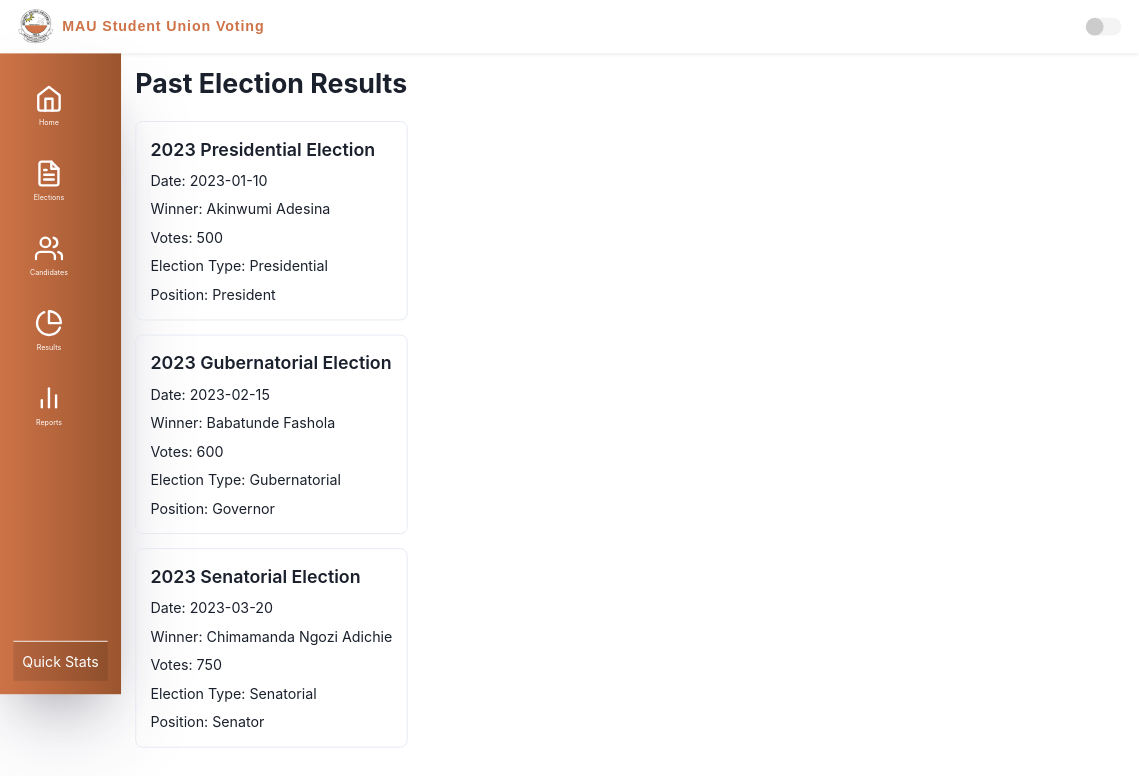
Repository: joena1o/e-vote
Page: /ElectionCommittee-dashboard/view-results
An editor plug-in stored every save of this project. The page is shown before and after the next save, followed by the edit.
The browser window is 1280 px wide. The pictures show the whole page, at 89% of full size.
The project was rebuilt for these pictures with package versions that can differ from the ones it lists, and the page was loaded fresh each time. Also part of the build but not shown: src/components/EnhancedLogin.js, src/components/maincontent/RegisterStudents/ManageStudents.js, src/components/maincontent/RegisterStudents/RegisterStudents.js, src/components/maincontent/RegisterStudents/StudentManagement.js, src/components/maincontent/ElectionResults/report.js, src/components/maincontent/ElectionResults/ViewElectionResults.js, src/components/maincontent/Settings/Settings.js, src/api/index.js and 22 more.

Above is the page before, as saved 2023-11-01 22:29:14.

### src/index.js
import React from 'react';
import ReactDOM from 'react-dom/client';
import './index.css';
import App from './App';
import reportWebVitals from './reportWebVitals';
import Modal from 'react-modal';

// Set the app element for the modal for accessibility purposes
Modal.setAppElement('#root');

const root = ReactDOM.createRoot(document.getElementById('root'));
root.render(
  <React.StrictMode>
    <App />
  </React.StrictMode>
);

// If you want to start measuring performance in your app, pass a function
// to log results (for example: reportWebVitals(console.log))
// or send to an analytics endpoint. Learn more: https://bit.ly/CRA-vitals
reportWebVitals();

### src/App.js
import React from 'react';
import { BrowserRouter as Router, Routes, Route, Navigate } from 'react-router-dom';
import EnhancedLogin from './components/EnhancedLogin';
import AdminDashboard from './components/AdminDashboard';
import StudentDashboard from './components/StudentDashboard';
import { ChakraProvider, ColorModeProvider, Button, useColorMode } from '@chakra-ui/react';
import { Provider } from 'react-redux';
import store from './Redux/store';
import ElectionCommitteeDashboard from './components/maincontent/ElectionCommitteeDashboard';

// Component to toggle dark mode
function DarkModeToggle() {
  const { colorMode, toggleColorMode } = useColorMode();
  return (
    <Button onClick={toggleColorMode} position="fixed" m={4} zIndex={10}>
      Toggle {colorMode === 'light' ? 'Dark' : 'Light'}
    </Button>
  );
}

function App() {
  // Check if the current route is not the "/login" route, then render the DarkModeToggle
  // const isLoginPage = window.location.pathname === '/login';

  return (
    <Provider store={store}>
      <ChakraProvider>
        <ColorModeProvider options={{ useSystemColorMode: true }}>
          <Router>
            <Routes>
              {/* Define your routes */}
              <Route path="/login" element={<EnhancedLogin />} />
              <Route path="/admin-dashboard/*" element={<AdminDashboard />} />
              <Route path="/ElectionCommittee-dashboard/*" element={<ElectionCommitteeDashboard />} />
              <Route path='/student-dashboard/*' element={<StudentDashboard />} />
              {/* Redirect root to /admin-dashboard */}
              <Route path="/" element={<Navigate to="/admin-dashboard" replace />} />
            </Routes>
          </Router>
          {/* Render DarkModeToggle only if not on the "/login" page */}
          {/* {!isLoginPage && <DarkModeToggle />} */}
        </ColorModeProvider>
      </ChakraProvider>
    </Provider>
  );
}

export default App;

### src/Redux/store.js
import { configureStore } from '@reduxjs/toolkit';
import electionReducer from './electionSlice';
import studentsReducer from './studentsSlice';
import candidatesReducer from './CandidateSlice'; // Import the candidates reducer

const store = configureStore({
  reducer: {
    elections: electionReducer,
    students: studentsReducer,
    candidates: candidatesReducer, // Add the candidates reducer here
  },
});

export default store;

### src/components/maincontent/ElectionCommitteeDashboard.js
// ElectionCommitteeDashboard.js
import React from 'react';
import { Routes, Route } from 'react-router-dom';
import ElectionCommitteeSidebar from './ElectionCommitteeSidebar';
import Navbar from '../Navbar';
import styled from 'styled-components';
import ElectionList from './ManageElections/ElectionList';
import ViewResults from './ElectionResults/ViewResults';
import ElectionCommitteeHome from './home/ElectionCommitteeHome';
import CandidatesScreening from './CandidateScreening/CandidateScreening';



const Container = styled.div`
  display: flex;
  flex-direction: column;
  height: 100vh;
  width: 100%;
`;

const Content = styled.div`
  display: flex;
  flex: 1;
`;

const ElectionCommitteeDashboard = () => {
  return (
    <Container>
      <Navbar />
      <Content>
        <ElectionCommitteeSidebar />
        <Routes>
          <Route index element={<ElectionCommitteeHome />} />

          <Route path="election-list" element={<ElectionList />} />
          <Route path="candidates-screening" element={<CandidatesScreening />} />
          <Route path="view-results" element={<ViewResults />} />

        </Routes>
      </Content>
    </Container>
  );
};

export default ElectionCommitteeDashboard;

### src/components/Navbar.js
import React from 'react';
import styled, { createGlobalStyle } from 'styled-components';
import logo from '../assets/school_logo.jpg';
import { useColorMode } from '@chakra-ui/react';

const GlobalStyle = createGlobalStyle`
  body {
    background-color: ${props => (props.theme === 'dark' ? '#333' : '#fff')};
    color: ${props => (props.theme === 'dark' ? '#fff' : '#000')}; // Set other component texts to black in light mode
  }
`;

const Header = styled.header`
  background: ${props => (props.theme === 'dark' ? '#333' : '#fff')};
  color: ${props => (props.theme === 'dark' ? '#fff' : '#ce7348')}; // Set navbar text to brown in light mode
  padding: 10px 20px;
  display: flex;
  align-items: center;
  justify-content: flex-start;
  box-shadow: 0px 2px 4px rgba(0, 0, 0, 0.1);
  font-family: 'Poppins', sans-serif;
`;


const Logo = styled.img`
  width: 40px;
  height: 40px;
  border-radius: 20px;
  margin-right: 10px;
`;

const Title = styled.h1`
  margin: 0;
  padding: 0;
  font-size: 1rem;
  font-weight: 600;
  letter-spacing: 1px;
`;

const ToggleSlider = styled.label`
  display: flex;
  align-items: center;
  cursor: pointer;
  margin-left: auto;
`;

const SliderInput = styled.input.attrs({ type: 'checkbox' })`
  display: none;
`;

const Slider = styled.div`
  width: 40px;
  height: 20px;
  background-color: ${props => (props.theme === 'dark' ? '#333' : '#f4f4f4')};
  border-radius: 20px;
  position: relative;
  transition: background-color 0.3s ease;
  cursor: pointer;

  &::after {
    content: '';
    width: 20px;
    height: 20px;
    border-radius: 50%;
    background-color: ${props => (props.theme === 'dark' ? '#fff' : '#ccc')};
    position: absolute;
    top: 50%;
    transform: translateY(-50%);
    left: ${props => (props.theme === 'dark' ? '20px' : '0')};
    transition: left 0.3s ease;
  }
`;

function Navbar() {
  const { colorMode, toggleColorMode } = useColorMode();

  return (
    <>
      <GlobalStyle theme={colorMode} />
      <Header theme={colorMode}>
        <Logo src={logo} alt="University Logo" />
        <Title>MAU Student Union Voting</Title>
        <ToggleSlider>
          <SliderInput type="checkbox" onChange={toggleColorMode} />
          <Slider theme={colorMode} />
        </ToggleSlider>
      </Header>
    </>
  );
}

export default Navbar;

### src/Redux/electionSlice.js
/*import { createSlice, createAsyncThunk } from '@reduxjs/toolkit';
import { API, graphqlOperation } from 'aws-amplify';
import { createElection as createElectionAPI } from '../graphql/mutations';

export const createElection = createAsyncThunk(
  'elections/createElection',
  async (election, { rejectWithValue }) => {
    try {
      const result = await API.graphql(graphqlOperation(createElectionAPI, { input: election }));
      return result.data.createElection;
    } catch (error) {
      return rejectWithValue(error);
    }
  }
);

const electionSlice = createSlice({
  name: 'elections',
  initialState: [],
  reducers: {},
  extraReducers: (builder) => {
    builder.addCase(createElection.fulfilled, (state, action) => {
      state.push(action.payload);
    });
  },
});

export default electionSlice.reducer;
*/

### src/Redux/studentsSlice.js
import { createSlice } from '@reduxjs/toolkit';

export const studentsSlice = createSlice({
  name: 'students',
  initialState: [],
  reducers: {
    addStudents: (state, action) => {
      // Add students to the Redux store
      action.payload.forEach(student => {
        state.push(student);
      });
    },
  },
});

export const { addStudents } = studentsSlice.actions;

export default studentsSlice.reducer;

### src/Redux/CandidateSlice.js

import { createSlice } from '@reduxjs/toolkit';

export const candidatesSlice = createSlice({
  name: 'candidates',
  initialState: [],
  reducers: {
    setCandidates: (state, action) => {
      return action.payload;
    },
  },
});

export const { setCandidates } = candidatesSlice.actions;
export default candidatesSlice.reducer;

### src/components/maincontent/ElectionCommitteeSidebar.js
import React from 'react';
import styled from 'styled-components';
import { Link } from 'react-router-dom';
import { FiHome, FiFileText, FiUsers, FiPieChart, FiBarChart2, FiTrendingUp } from 'react-icons/fi';
import { useColorMode } from '@chakra-ui/react';


const SidebarContainer = styled.nav`
  background: ${props => (props.theme === 'dark' ? '#333' : 'linear-gradient(to right, #ce7348, #9a552e)')};
  padding: 15px;
  height: 100vh;
  color: #fff;
  box-shadow: rgba(50, 50, 93, 0.25) 0px 50px 100px -20px, rgba(0, 0, 0, 0.3) 0px 30px 60px -30px;
  display: flex;
  flex-direction: column;
`;

const LinkList = styled.ul`
  list-style-type: none;
  padding: 0;
  flex: 1;
`;

const StyledLink = styled(Link)`
  text-decoration: none;
  color: #fff;
  display: flex;
  flex-direction: column;
  align-items: center;
  transition: color 0.3s ease;
  margin-bottom: 15px;
  cursor: pointer;
  font-size: 0.5rem;

  &:hover {
    color: #fce364;
  }

  width: 80px;
  text-align: center;
  word-wrap: break-word;
  overflow-wrap: break-word;
`;

const LinkItem = styled.li`
  display: flex;
  align-items: center;
  margin-top: 20px;
`;

const Icon = styled.div`
  font-size: 2rem;
  color: #fff;

  margin-bottom: 5px;

  ${StyledLink}:hover & {
    color: #fce364;
  }
`;

const QuickStats = styled.div`
  margin-top: auto;
  padding: 10px;
  background: rgba(0, 0, 0, 0.1);
  border-top: 1px solid #fff;
`;

function ElectionCommitteeSidebar() {
  const { colorMode } = useColorMode();

  return (
    <SidebarContainer theme={colorMode}>
      <LinkList>
        <LinkItem>
          <StyledLink to="/ElectionCommittee-dashboard">
            <Icon><FiHome /></Icon>
            Home
          </StyledLink>
        </LinkItem>
        <LinkItem>
          <StyledLink to="/ElectionCommittee-dashboard/election-list">
            <Icon><FiFileText /></Icon>
            Elections
          </StyledLink>
        </LinkItem>
        <LinkItem>
          <StyledLink to="/ElectionCommittee-dashboard/candidates-screening">
            <Icon><FiUsers /></Icon>
            Candidates
          </StyledLink>
        </LinkItem>
        <LinkItem>
          <StyledLink to="/ElectionCommittee-dashboard/view-results">
            <Icon><FiPieChart /></Icon>
            Results
          </StyledLink>
        </LinkItem>
        <LinkItem>
          <StyledLink to="/reports">
            <Icon><FiBarChart2 /></Icon>
            Reports
          </StyledLink>
        </LinkItem>
      </LinkList>
      <QuickStats>
        <h3>Quick Stats</h3>
        {/* Here you can place any quick statistics or relevant data for the admin */}
      </QuickStats>
    </SidebarContainer>
  );
}

export default ElectionCommitteeSidebar;

### src/components/maincontent/ElectionResults/ViewResults.js
import React, { useEffect, useState } from 'react';
import { Box, VStack, Heading, Text, useColorModeValue } from '@chakra-ui/react';
import { toast } from 'react-toastify';
import 'react-toastify/dist/ReactToastify.css';

const ViewResults = () => {
  const colorModeValue = useColorModeValue('gray.200', 'gray.600');

  const mockPastElectionResults = [
    {
      id: 1,
      electionName: '2023 Presidential Election',
      date: '2023-01-10',
      winner: 'Akinwumi Adesina',
      votes: 500,
      electionType: 'Presidential',
      position: 'President',
    },
    {
      id: 2,
      electionName: '2023 Gubernatorial Election',
      date: '2023-02-15',
      winner: 'Babatunde Fashola',
      votes: 600,
      electionType: 'Gubernatorial',
      position: 'Governor',
    },
    {
      id: 3,
      electionName: '2023 Senatorial Election',
      date: '2023-03-20',
      winner: 'Chimamanda Ngozi Adichie',
      votes: 750,
      electionType: 'Senatorial',
      position: 'Senator',
    },
    // ... other past election results
  ];

  const [pastElectionResults, setPastElectionResults] = useState(mockPastElectionResults);

  useEffect(() => {
    const fetchResults = async () => {
      // Fetch results from an API or other data source
      // If fetching from an API, you would use something like:
      // const results = await API.get('yourApiName', '/results');
      // setPastElectionResults(results);
    };

    fetchResults();
  }, []);

  return (
    <Box p={4}>
      <Heading size="lg" mb={6}>Past Election Results</Heading>
      {pastElectionResults.map((result) => (
        <VStack
          key={result.id}
          border="1px"
          borderColor={colorModeValue}
          borderRadius="lg"
          p={4}
          mb={4}
          spacing={2}
          align="left"
        >
          <Text fontSize="xl" fontWeight="semibold">{result.electionName}</Text>
          <Text>Date: {result.date}</Text>
          <Text>Winner: {result.winner}</Text>
          <Text>Votes: {result.votes}</Text>
          <Text>Election Type: {result.electionType}</Text>
          <Text>Position: {result.position}</Text>
        </VStack>
      ))}
    </Box>
  );
};

export default ViewResults;

Loaded but not shown: public/index.html (common file); src/index.css (common file); src/reportWebVitals.js (common file)

After the next save:
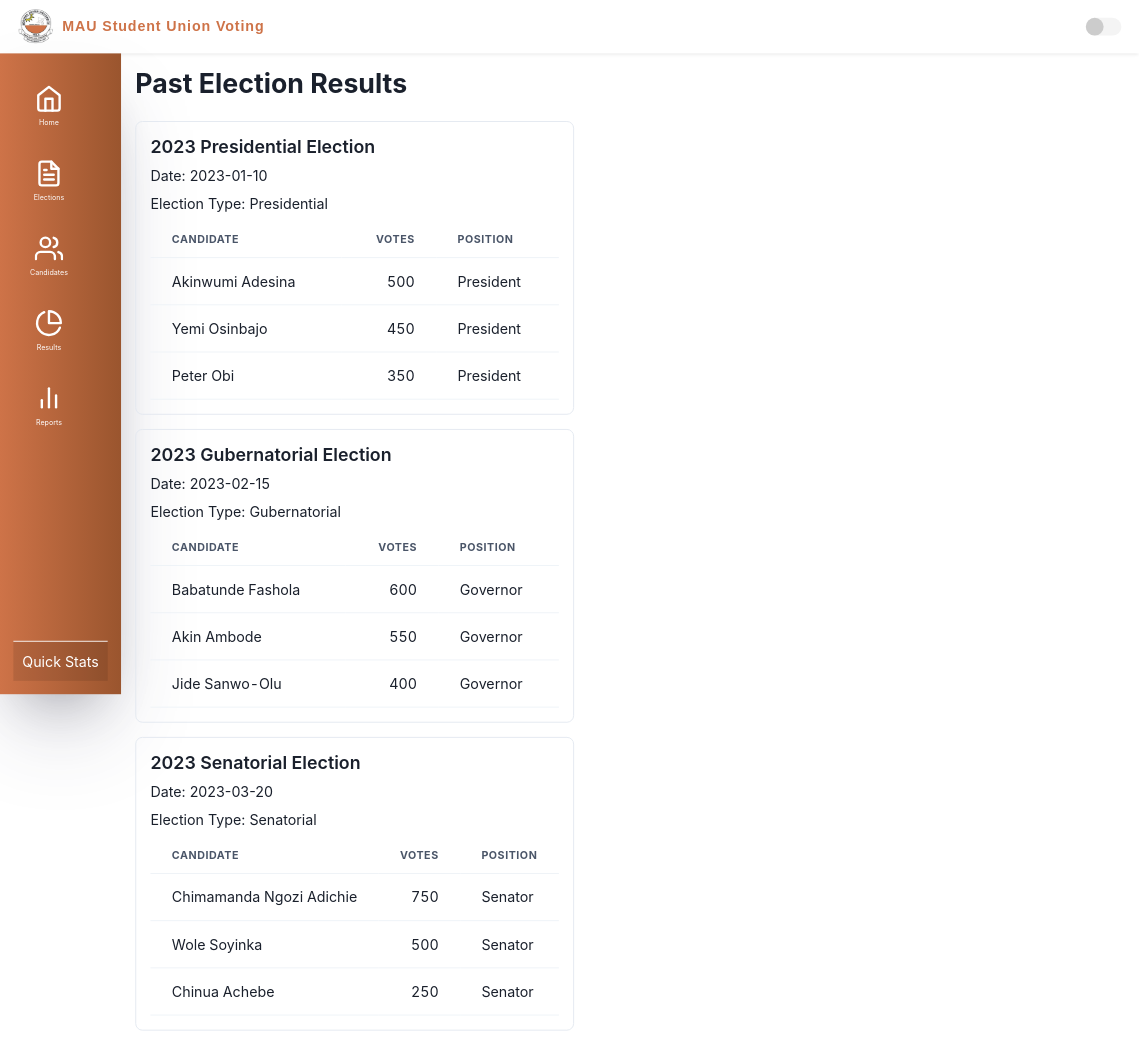
Saved 5 min 41 s later.
--- a/src/components/maincontent/ElectionResults/ViewResults.js
+++ b/src/components/maincontent/ElectionResults/ViewResults.js
@@ -1,7 +1,5 @@
-import React, { useEffect, useState } from 'react';
-import { Box, VStack, Heading, Text, useColorModeValue } from '@chakra-ui/react';
-import { toast } from 'react-toastify';
-import 'react-toastify/dist/ReactToastify.css';
+import React, { useState } from 'react';
+import { Box, VStack, Heading, Text, useColorModeValue, Table, Thead, Tbody, Tr, Th, Td } from '@chakra-ui/react';
 
 const ViewResults = () => {
   const colorModeValue = useColorModeValue('gray.200', 'gray.600');
@@ -11,51 +9,46 @@ const ViewResults = () => {
       id: 1,
       electionName: '2023 Presidential Election',
       date: '2023-01-10',
-      winner: 'Akinwumi Adesina',
-      votes: 500,
       electionType: 'Presidential',
-      position: 'President',
+      candidates: [
+        { name: 'Akinwumi Adesina', votes: 500, position: 'President' },
+        { name: 'Yemi Osinbajo', votes: 450, position: 'President' },
+        { name: 'Peter Obi', votes: 350, position: 'President' },
+      ],
     },
     {
       id: 2,
       electionName: '2023 Gubernatorial Election',
       date: '2023-02-15',
-      winner: 'Babatunde Fashola',
-      votes: 600,
       electionType: 'Gubernatorial',
-      position: 'Governor',
+      candidates: [
+        { name: 'Babatunde Fashola', votes: 600, position: 'Governor' },
+        { name: 'Akin Ambode', votes: 550, position: 'Governor' },
+        { name: 'Jide Sanwo-Olu', votes: 400, position: 'Governor' },
+      ],
     },
     {
       id: 3,
       electionName: '2023 Senatorial Election',
       date: '2023-03-20',
-      winner: 'Chimamanda Ngozi Adichie',
-      votes: 750,
       electionType: 'Senatorial',
-      position: 'Senator',
+      candidates: [
+        { name: 'Chimamanda Ngozi Adichie', votes: 750, position: 'Senator' },
+        { name: 'Wole Soyinka', votes: 500, position: 'Senator' },
+        { name: 'Chinua Achebe', votes: 250, position: 'Senator' },
+      ],
     },
     // ... other past election results
   ];
 
-  const [pastElectionResults, setPastElectionResults] = useState(mockPastElectionResults);
-
-  useEffect(() => {
-    const fetchResults = async () => {
-      // Fetch results from an API or other data source
-      // If fetching from an API, you would use something like:
-      // const results = await API.get('yourApiName', '/results');
-      // setPastElectionResults(results);
-    };
-
-    fetchResults();
-  }, []);
+  const [pastElectionResults] = useState(mockPastElectionResults);
 
   return (
     <Box p={4}>
       <Heading size="lg" mb={6}>Past Election Results</Heading>
-      {pastElectionResults.map((result) => (
+      {pastElectionResults.map((election) => (
         <VStack
-          key={result.id}
+          key={election.id}
           border="1px"
           borderColor={colorModeValue}
           borderRadius="lg"
@@ -64,12 +57,27 @@ const ViewResults = () => {
           spacing={2}
           align="left"
         >
-          <Text fontSize="xl" fontWeight="semibold">{result.electionName}</Text>
-          <Text>Date: {result.date}</Text>
-          <Text>Winner: {result.winner}</Text>
-          <Text>Votes: {result.votes}</Text>
-          <Text>Election Type: {result.electionType}</Text>
-          <Text>Position: {result.position}</Text>
+          <Heading fontSize="xl" fontWeight="semibold">{election.electionName}</Heading>
+          <Text>Date: {election.date}</Text>
+          <Text>Election Type: {election.electionType}</Text>
+          <Table variant="simple">
+            <Thead>
+              <Tr>
+                <Th>Candidate</Th>
+                <Th isNumeric>Votes</Th>
+                <Th>Position</Th>
+              </Tr>
+            </Thead>
+            <Tbody>
+              {election.candidates.map((candidate) => (
+                <Tr key={candidate.name}>
+                  <Td>{candidate.name}</Td>
+                  <Td isNumeric>{candidate.votes}</Td>
+                  <Td>{candidate.position}</Td>
+                </Tr>
+              ))}
+            </Tbody>
+          </Table>
         </VStack>
       ))}
     </Box>
